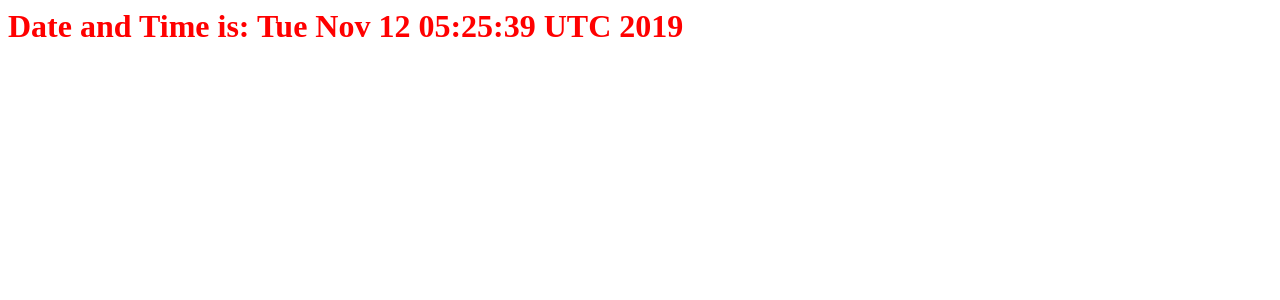
Repository: pawankumarsharm/UST_JDBC_SERVLET
Page: http://localhost/webappp/first
The author's editor kept a copy of each file at every save. The page is drawn from the files as they stood at one save, then again after the next save.
The browser window is 1280 px wide. The pictures show the whole page.
The page is served by Tomcat 9.

Above is the page before, as saved 2019-11-12 10:59:54.

After the next save:
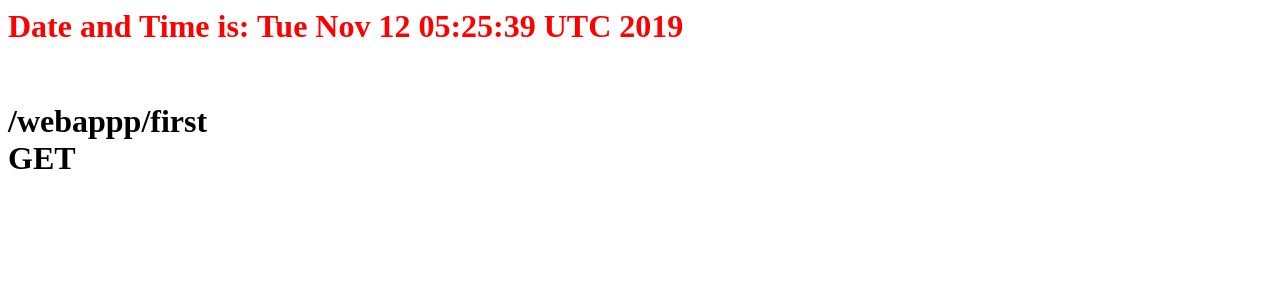
Saved 18 h 54 min later.
--- a/jdbc/webappp/src/com/ustglobal/webappp/servlet/MyFirstServlet.java
+++ b/jdbc/webappp/src/com/ustglobal/webappp/servlet/MyFirstServlet.java
@@ -23,6 +23,15 @@ public class MyFirstServlet extends HttpServlet {
 		out.println(date.toString());
 		out.println("<h1>");
 
+		String url=req.getRequestURI();
+		String method=req.getMethod();
+		out.println("<br>");
+		out.println(url);
+		out.println("<br>");
+		out.println(method);
+
+
+
 		out.println("</body>");
 		out.println("</html>");// each and every time we have we make a request, thius line of code will reexecute again and again.
 	}// end of doGEt()
